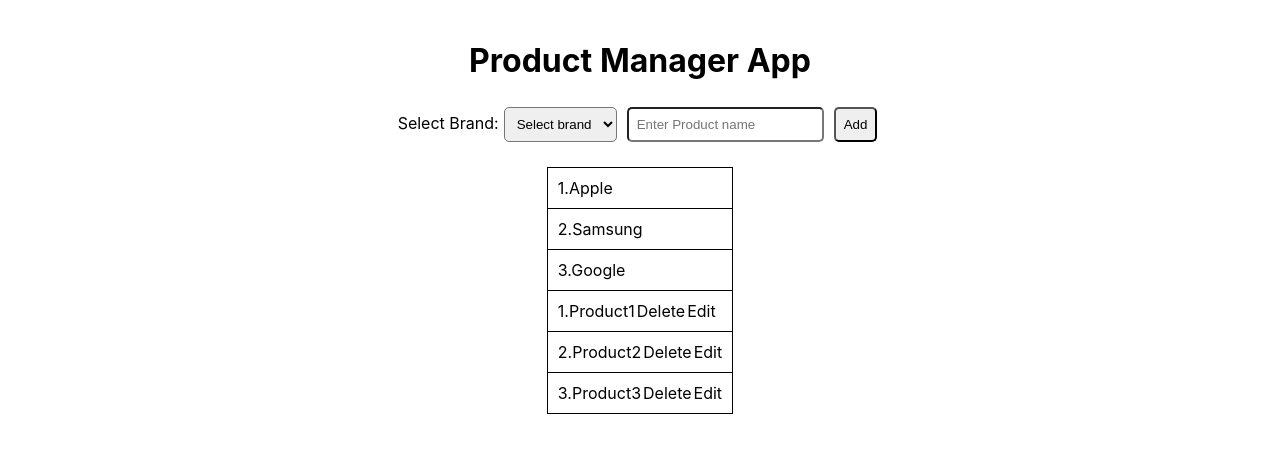
Repository: sunilkc-7/product-manager-app
Page: /
The author's editor kept a copy of each file at every save. The page is drawn from the files as they stood at one save, then again after the next save.
The browser window is 1280 px wide. The pictures show the whole page.
The project was rebuilt for these pictures with package versions that can differ from the ones it lists, and the page was loaded fresh each time.

Above is the page before, as saved 2023-07-31 21:07:31.

After the next save:
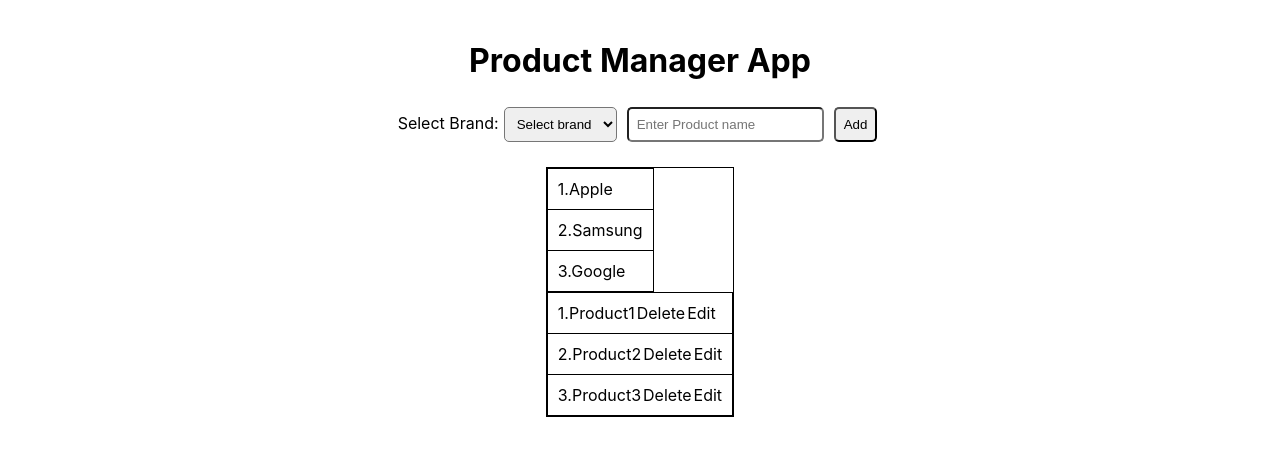
Saved 70 s later.
--- a/src/App.js
+++ b/src/App.js
@@ -26,26 +26,30 @@
       </div>
 
       <table>
-        <thead>
-          {productList.map((productHead, idx) => (
-            <tr>
-              <td>
-                {idx + 1}.{productHead.brand}
-              </td>
-            </tr>
-          ))}
-        </thead>
-        <tbody>
-          {productList.map((product, idx) => (
-            <tr>
-              <td>
-                {idx + 1}.{product.name}
-                <span className="tableEdit">Delete</span>
-                <span className="tableEdit">Edit</span>
-              </td>
-            </tr>
-          ))}
-        </tbody>
+        <div>
+          <thead>
+            {productList.map((productHead, idx) => (
+              <tr>
+                <td>
+                  {idx + 1}.{productHead.brand}
+                </td>
+              </tr>
+            ))}
+          </thead>
+        </div>
+        <div>
+          <tbody>
+            {productList.map((product, idx) => (
+              <tr>
+                <td>
+                  {idx + 1}.{product.name}
+                  <span className="tableEdit">Delete</span>
+                  <span className="tableEdit">Edit</span>
+                </td>
+              </tr>
+            ))}
+          </tbody>
+        </div>
       </table>
       {}
     </div>

After the save that followed:
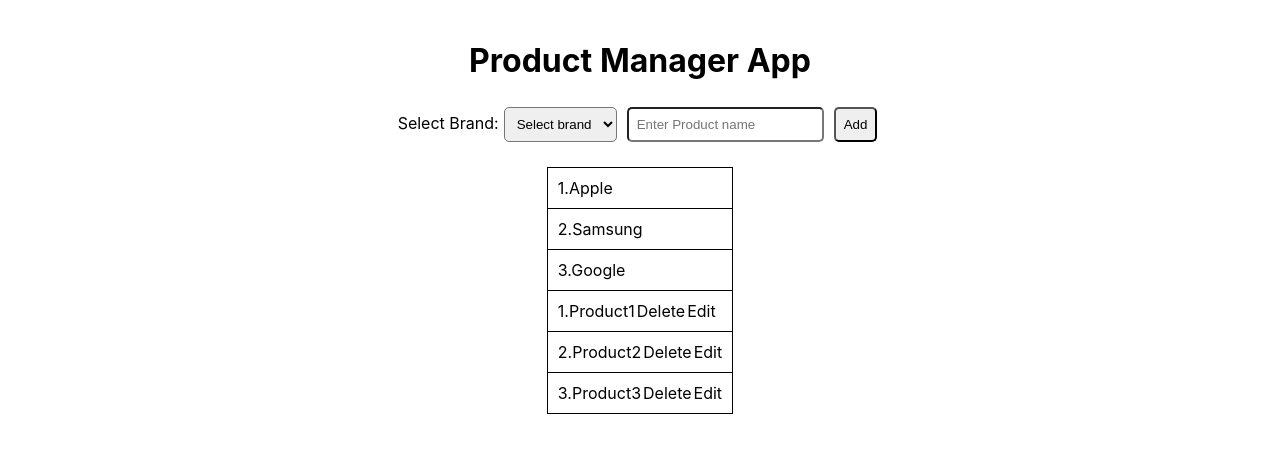
Saved 9 min 3 s later.
--- a/src/App.js
+++ b/src/App.js
@@ -26,30 +26,26 @@
       </div>
 
       <table>
-        <div>
-          <thead>
-            {productList.map((productHead, idx) => (
-              <tr>
-                <td>
-                  {idx + 1}.{productHead.brand}
-                </td>
-              </tr>
-            ))}
-          </thead>
-        </div>
-        <div>
-          <tbody>
-            {productList.map((product, idx) => (
-              <tr>
-                <td>
-                  {idx + 1}.{product.name}
-                  <span className="tableEdit">Delete</span>
-                  <span className="tableEdit">Edit</span>
-                </td>
-              </tr>
-            ))}
-          </tbody>
-        </div>
+        <thead>
+          {productList.map((productHead, idx) => (
+            <tr>
+              <td>
+                {idx + 1}.{productHead.brand}
+              </td>
+            </tr>
+          ))}
+        </thead>
+        <tbody>
+          {productList.map((product, idx) => (
+            <tr>
+              <td>
+                {idx + 1}.{product.name}
+                <span className="tableEdit">Delete</span>
+                <span className="tableEdit">Edit</span>
+              </td>
+            </tr>
+          ))}
+        </tbody>
       </table>
       {}
     </div>
